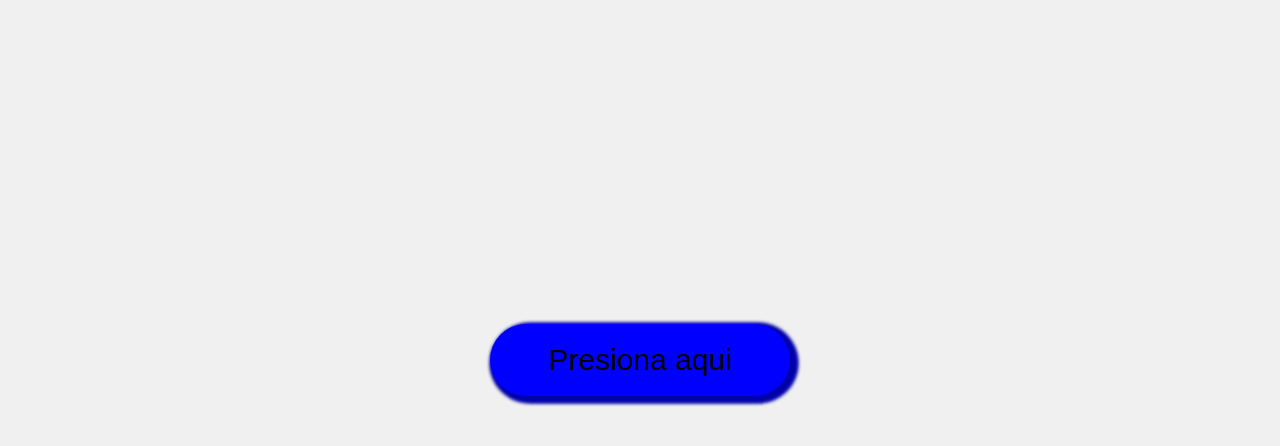
Repository: ye909/secreto
Page: inicio.html
The author's editor kept a copy of each file at every save. The page is drawn from the files as they stood at one save, then again after the next save.
The browser window is 1280 px wide. The pictures show the whole page.
The pointer rests on the first visible `#btn`.

Above is the page before, as saved 2025-02-20 21:37:57.

### inicio.html
<!DOCTYPE html>
<html>
<head>
<title>Amigo Secreto 3D</title>
<link rel="stylesheet" href="inicio.css">
</head>
<body>

          <div class="container">
            <h1 id="message">¡Bienvenido al Juego del Amigo Secreto!</h1>
        </div>
    <button id="btn"><a href="">Presiona aqui</a></button>

  <script src="inicio.js"></script>
</body>
</html>

### inicio.css
body, html {
    height: 100%;
    margin: 0;
    display: flex;
    justify-content: center;
    align-items: center;
    background-color: #f0f0f0;
    font-family: Arial, sans-serif;
}

.container {
    text-align: center;
}

#message {
    font-size: 2em;
    color: #333;
    opacity: 0;
    transform: translateY(-20px);
    animation: fadeIn 1s ease-out forwards;
}

@keyframes fadeIn {
    to {
        opacity: 1;
        transform: translateY(0);
    }
}
a{
    text-decoration: none;
    list-style: none;
    color:black;
}
#btn{
    display: none;
    width: 300px;
    height: 10vh;
    background: rgb(97, 97, 205);
    border-radius: 60px;
    font-size: 30px;
    border:none;
}
#btn:hover{
    background: blue;
    box-shadow: rgb(2, 2, 170) 4px 3px 4px 3px , rgb(2, 2, 170) 4px 3px 4px 3px , rgb(2, 2, 170) 4px 3px 4px 3px ;

}

### inicio.js
// script.js
document.addEventListener('DOMContentLoaded', function() {
    setTimeout(function() {
        document.getElementById('message').style.display = 'none';
        document.getElementById('btn').style.display = 'inline';
    }, 3000);


});

After the next save:
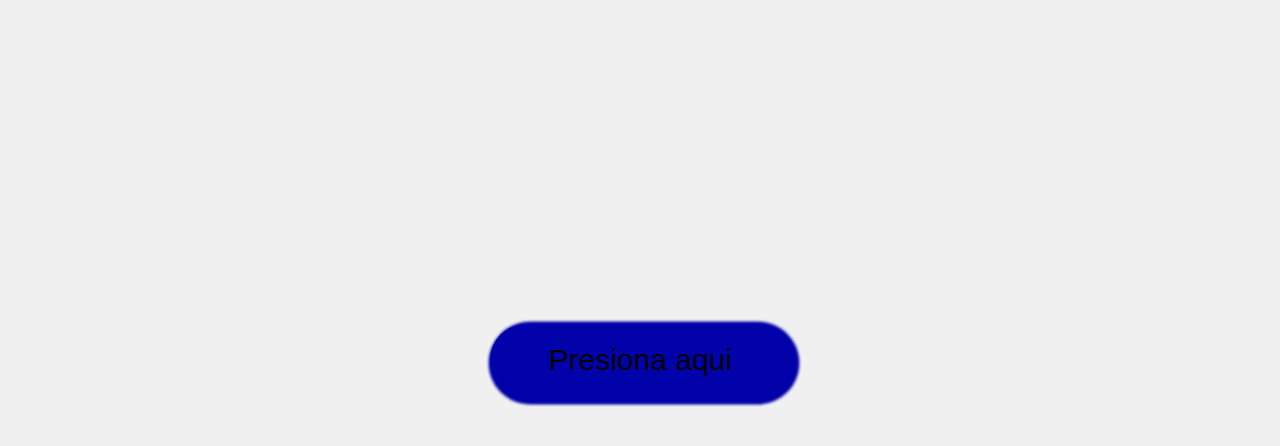
Saved 26 s later.
--- a/inicio.css
+++ b/inicio.css
@@ -41,7 +41,7 @@
     border:none;
 }
 #btn:hover{
-    background: blue;
-    box-shadow: rgb(2, 2, 170) 4px 3px 4px 3px , rgb(2, 2, 170) 4px 3px 4px 3px , rgb(2, 2, 170) 4px 3px 4px 3px ;
+    background: rgb(2, 2, 170);
+    box-shadow: rgb(2, 2, 170) 4px 3px 4px 3px ,rgb(2, 2, 170) 4px 3px 4px 3px ,rgb(2, 2, 170) 4px 3px 4px 3px , rgb(2, 2, 170) 4px 3px 4px 3px , rgb(2, 2, 170) 4px 3px 4px 3px ;
 
 }

After the save that followed:
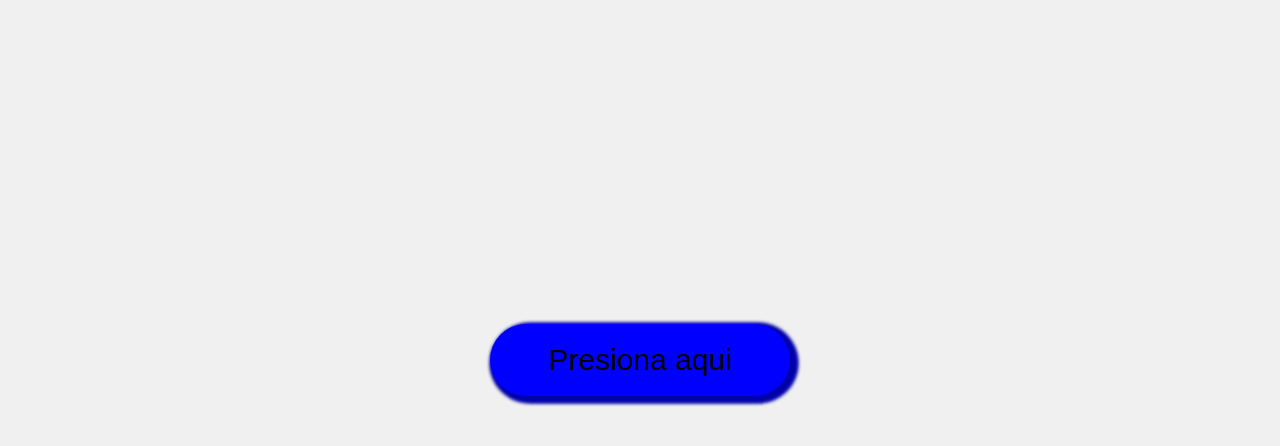
Saved 18 s later.
--- a/inicio.css
+++ b/inicio.css
@@ -41,7 +41,7 @@
     border:none;
 }
 #btn:hover{
-    background: rgb(2, 2, 170);
-    box-shadow: rgb(2, 2, 170) 4px 3px 4px 3px ,rgb(2, 2, 170) 4px 3px 4px 3px ,rgb(2, 2, 170) 4px 3px 4px 3px , rgb(2, 2, 170) 4px 3px 4px 3px , rgb(2, 2, 170) 4px 3px 4px 3px ;
+    background: blue;
+    box-shadow: rgb(2, 2, 170) 4px 3px 4px 3px , rgb(2, 2, 170) 4px 3px 4px 3px , rgb(2, 2, 170) 4px 3px 4px 3px ;
 
 }
